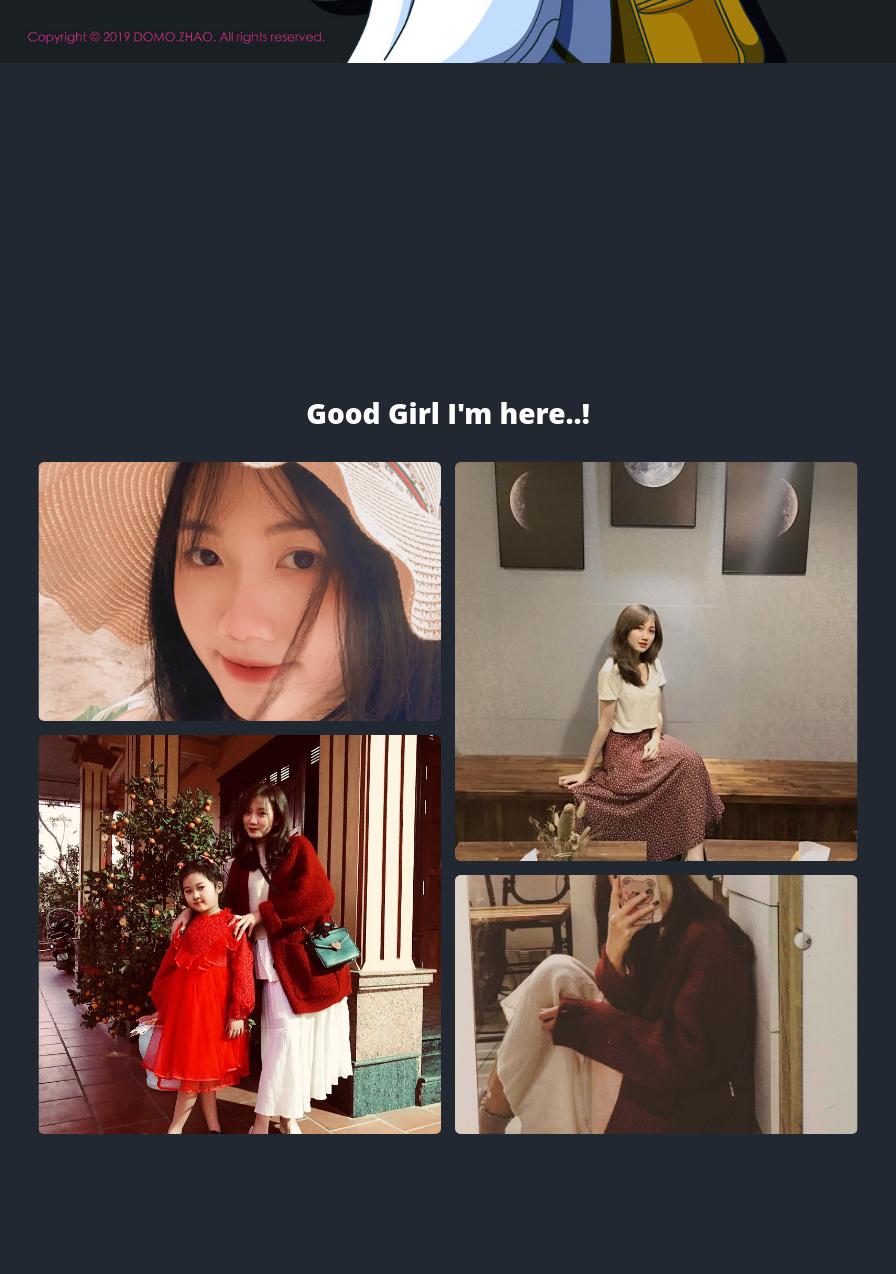
Repository: Datt21/p-happyB
Page: index.html
The author's editor kept a copy of each file at every save. The page is drawn from the files as they stood at one save, then again after the next save.
The browser window is 1280 px wide. The pictures show the part of the page from y = 870 to 2790 px (the page is 2690 px tall before and 2790 px after), at 70% of full size.
Some icons come from a web library that is not loaded, so they are not drawn.

Above is the page before, as saved 2021-08-31 05:33:52.

After the next save:
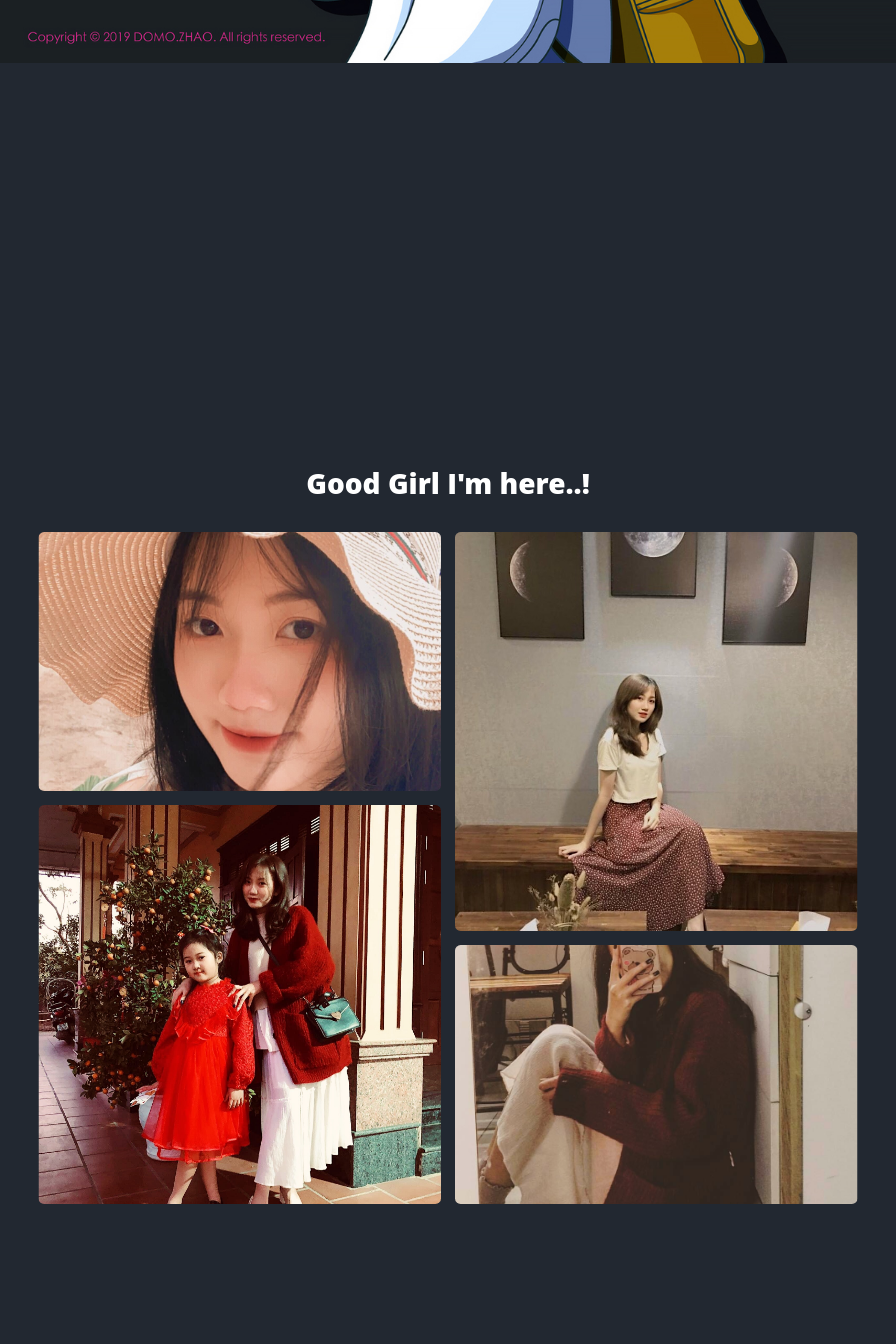
Saved 4 s later.
--- a/app.css
+++ b/app.css
@@ -96,7 +96,7 @@ main {
 }
 
 .about {
-    padding-top: 1300px;
+    padding-top: 1400px;
     padding-bottom: 200px;
 }
 .you-header {
